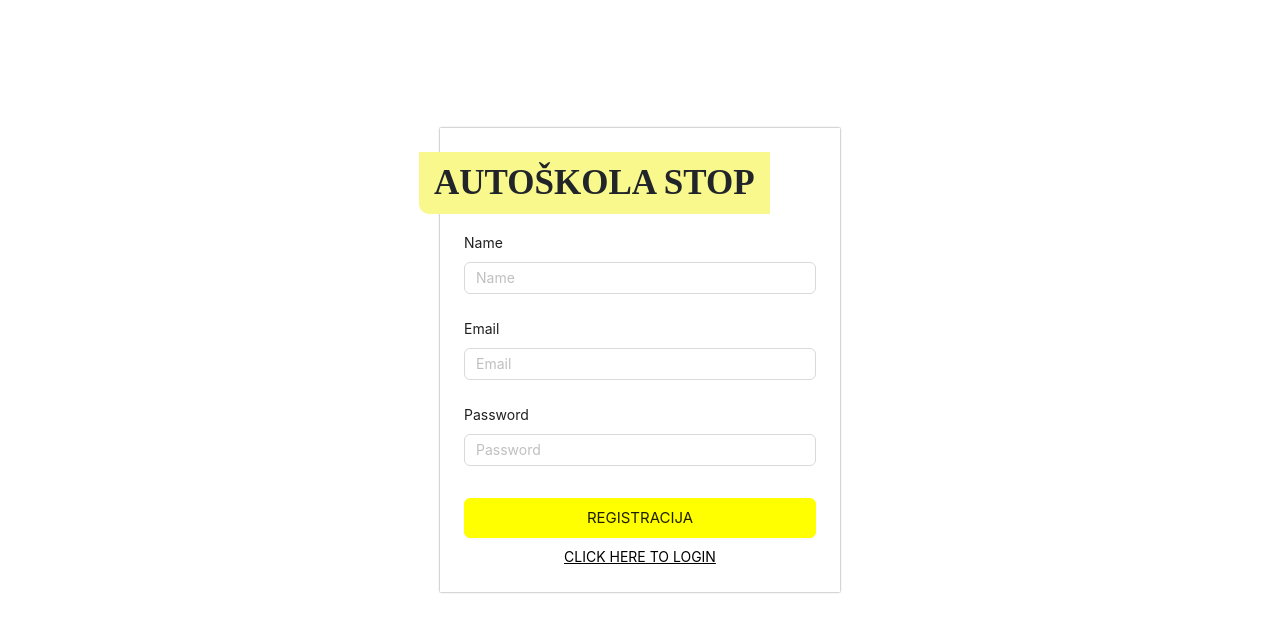
Repository: jbabicsus/okviri
Page: /login (app in autoskola/)
The author's editor kept a copy of each file at every save. The page is drawn from the files as they stood at one save, then again after the next save.
The browser window is 1280 px wide. The pictures show the whole page.
The project was rebuilt for these pictures with package versions that can differ from the ones it lists, and the page was loaded fresh each time. Also part of the build but not shown: autoskola/src/stranice/Registracija.js.

Above is the page before, as saved 2024-05-12 14:32:49.

After the next save:
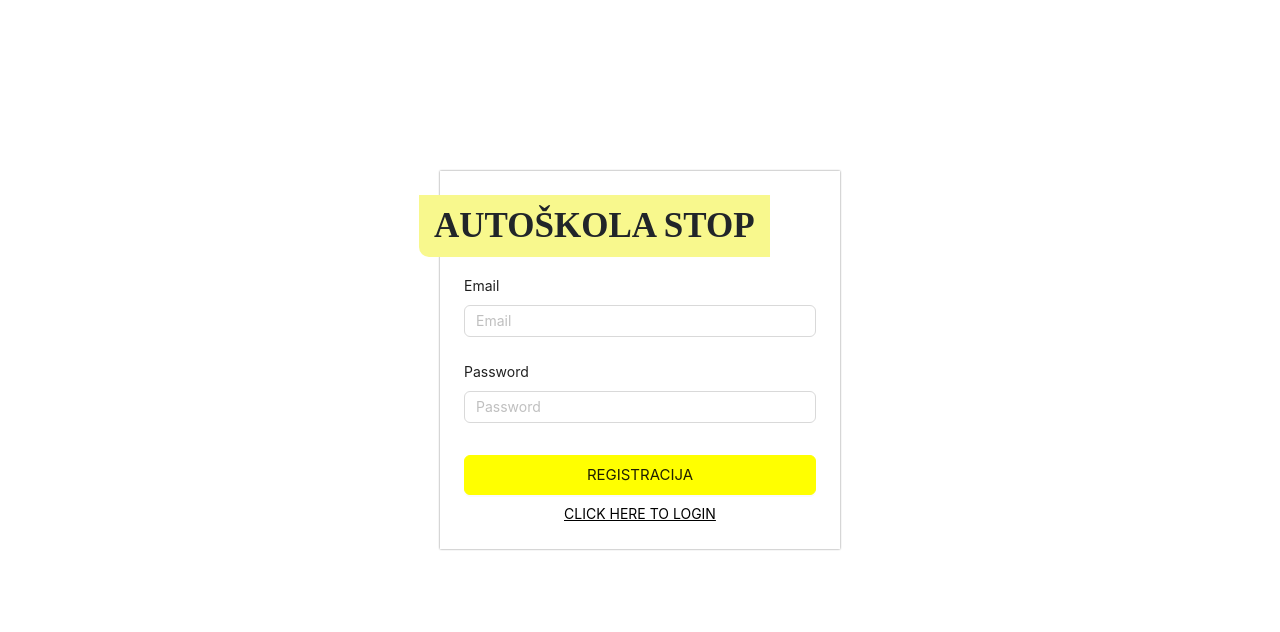
Saved 37 s later.
--- a/autoskola/src/stranice/Login.js
+++ b/autoskola/src/stranice/Login.js
@@ -11,10 +11,6 @@ function Login(){
             <div className='kartica p-4'>
                 <h1 className='kartica-naslov'>AUTOŠKOLA STOP</h1>
                 <Form layout='vertical' onFinish={onFinish}>
-                    <Form.Item label='Name' name='name'>
-                        <Input placeholder='Name'/>
-                    </Form.Item>
-
                     <Form.Item label='Email' name='email'>
                         <Input placeholder='Email'/>
                     </Form.Item>
